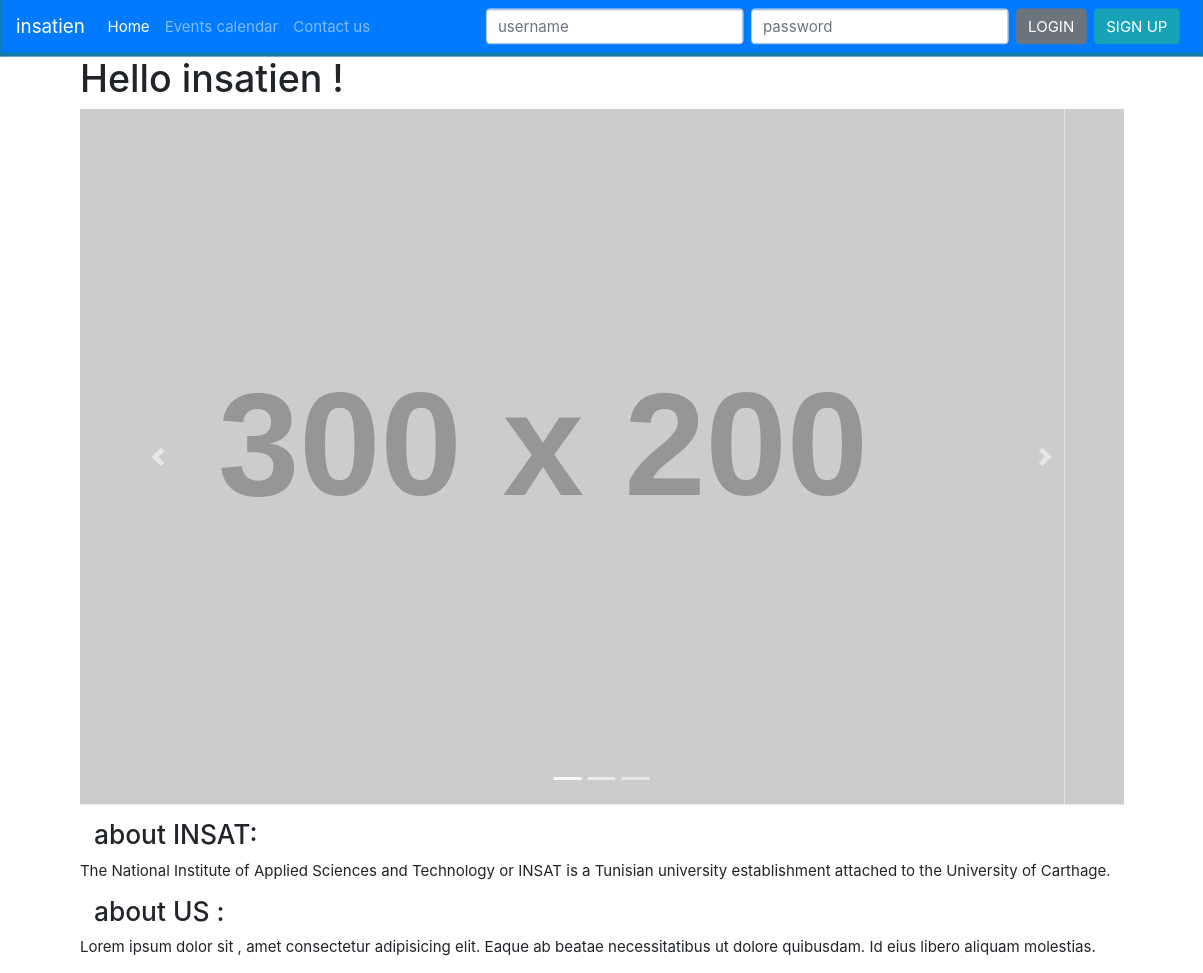
Repository: achourali/insatien
Page: templates/default/home.html.twig
The author's editor kept a copy of each file at every save. The page is drawn from the files as they stood at one save, then again after the next save.
The browser window is 1280 px wide. The pictures show the whole page, at 94% of full size.
Some web fonts or font styles are not loaded; a fallback is used. Some web libraries are served in a nearby version. The page is a Twig template of a Symfony application; nobody is signed in and links lead nowhere. The template is opened directly, without the code that normally fills it, so the values that code supplies are empty.

Above is the page before, as saved 2020-05-03 21:42:44.

After the next save:
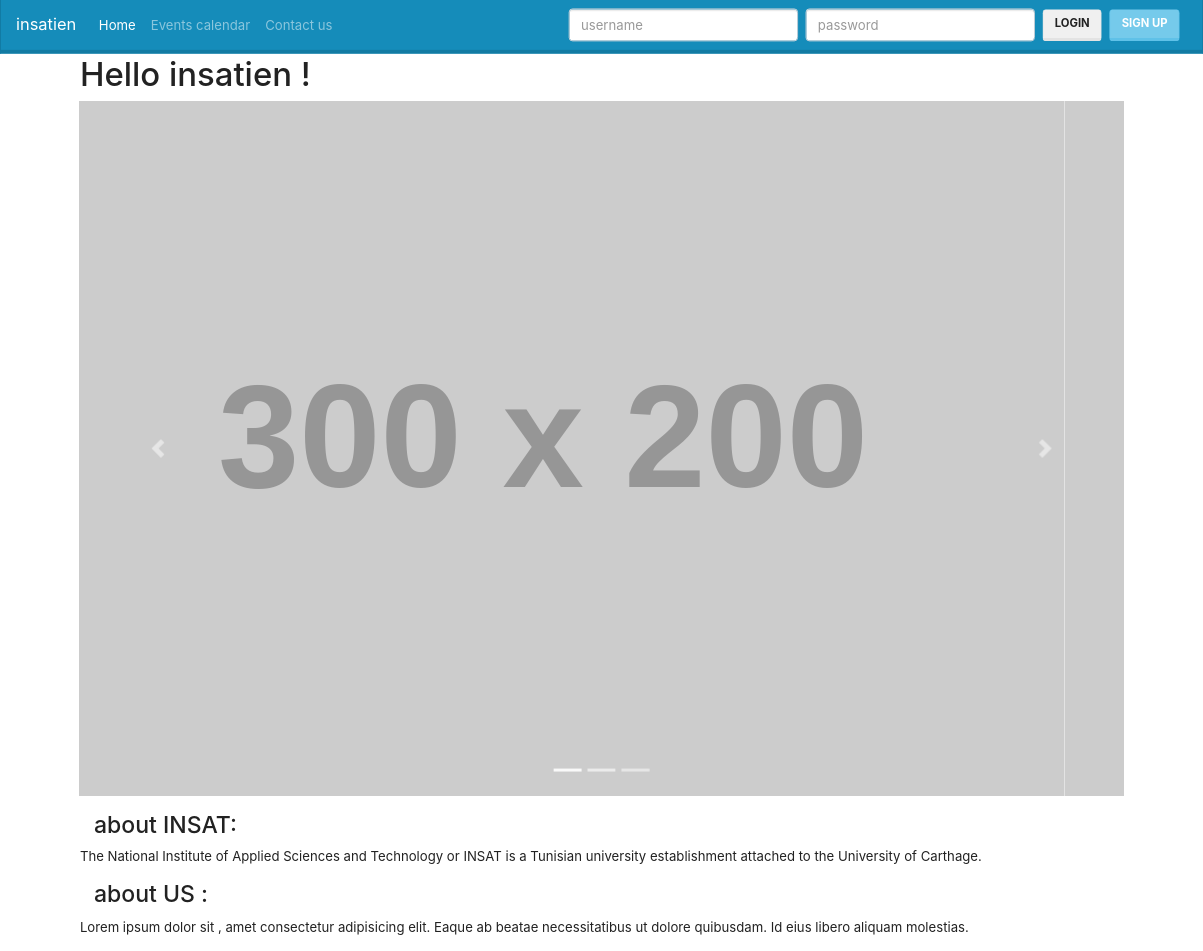
Saved 7 min 33 s later.
--- a/templates/base.html.twig
+++ b/templates/base.html.twig
@@ -3,8 +3,8 @@
     <head>
         <meta charset="UTF-8">
         <title>{% block title %}Welcome!{% endblock %}</title>
+        <link rel="stylesheet" href="https://stackpath.bootstrapcdn.com/bootstrap/4.4.1/css/bootstrap.min.css" integrity="sha384-Vkoo8x4CGsO3+Hhxv8T/Q5PaXtkKtu6ug5TOeNV6gBiFeWPGFN9MuhOf23Q9Ifjh" crossorigin="anonymous">
         <link rel="stylesheet" href="https://bootswatch.com/4/lumen/bootstrap.css">
-        <link rel="stylesheet" href="https://stackpath.bootstrapcdn.com/bootstrap/4.4.1/css/bootstrap.min.css" integrity="sha384-Vkoo8x4CGsO3+Hhxv8T/Q5PaXtkKtu6ug5TOeNV6gBiFeWPGFN9MuhOf23Q9Ifjh" crossorigin="anonymous">
         {% block stylesheets %} {% endblock %}
     </head>
     <body>
